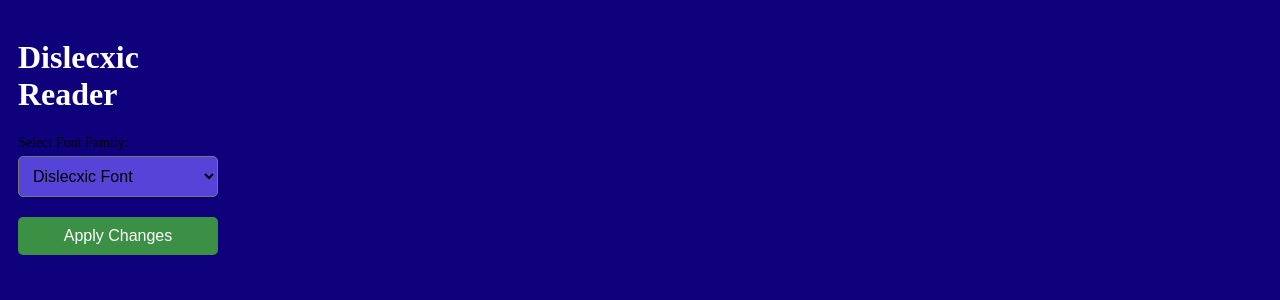
Repository: adatechschool/extension-navigateur-extension_walid_eliana_imelda
Page: Extention 3/popup.html
An editor plug-in stored every save of this project. The page is shown before and after the next save, followed by the edit.
The browser window is 1280 px wide. The pictures show the whole page.
The pointer rests on the first visible `button`.

Above is the page before, as saved 2024-01-12 15:59:51.

### Extention 3/popup.html
<!-- popup.html -->
<!DOCTYPE html>
<html>
<head>
  <link rel="stylesheet" type="text/css" href="popup.css">
  <script type="module" src="popup.js"></script>

  <link rel="preconnect" href="https://fonts.googleapis.com">
<link rel="preconnect" href="https://fonts.gstatic.com" crossorigin>
<link href="https://fonts.googleapis.com/css2?family=Montserrat:wght@400;700&display=swap" rel="stylesheet">

</head>
<body>
    <h1> Dislecxic Reader </h1>
  <label for="font-family">Select Font Family:</label>

  <select id="font-family">

    <option value="Montserrat">Dislecxic Font</option>

    <option value="Arial"> Lettres en Gras</option>

    <option value="Courier New"> Le deux</option>
    <!-- Add more font options as needed -->
  </select>

  <button id="apply-button">Apply Changes</button>
</body>
</html>

### Extention 3/popup.css
body {
    width: 200px;
    padding: 10px;
    background-color: #0f007c;

  }

  label {
    display: block;
    margin-bottom: 5px;
    font-size: 14px;
  }

  select, button {
    width: 100%;
    margin-bottom: 20px;
    padding: 10px;
    font-size: 16px;
    background-color:#5544d7;
    border-radius: 5px;
  }

  button {
    background-color: #5544d7;
    color: white;
    border: 5px;
    cursor: pointer;
  }

  button:hover {
    background-color: #3c9045;
  }
  h1 {
    color:white;
  }

### Extention 3/popup.js
document.addEventListener('DOMContentLoaded', function() {
    var applyButton = document.getElementById('apply-button');
    var fontFamilySelect = document.getElementById('font-family');

    applyButton.addEventListener('click', function() {
      var selectedFontFamily = fontFamilySelect.value;
      chrome.tabs.query({ active: true, currentWindow: true }, function(tabs) {
        chrome.tabs.sendMessage(tabs[0].id, { action: 'applyChanges', selectedFontFamily: selectedFontFamily });
      });
    });
  });

After the next save:
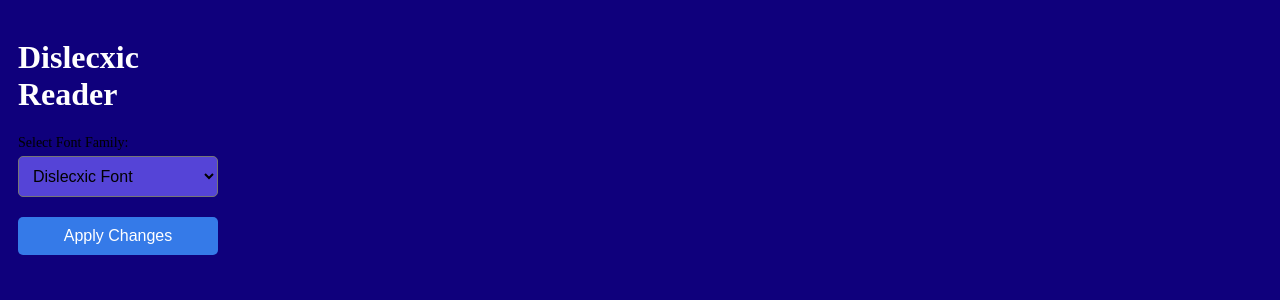
Saved 8 s later.
--- a/Extention 3/popup.css
+++ b/Extention 3/popup.css
@@ -28,7 +28,7 @@ body {
   }
 
   button:hover {
-    background-color: #3c9045;
+    background-color: #357ae8;
   }
   h1 {
     color:white;
